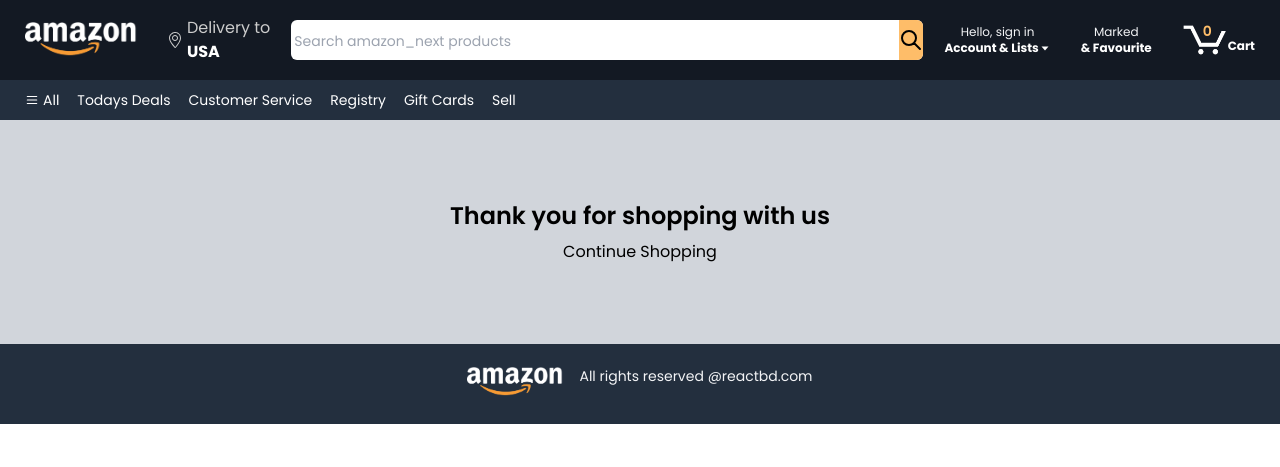
Repository: adebabs-tec/amazon_next
Page: /Success
These files come from the project's save history. The page is drawn as it stood at one moment and after the next save; the edit follows.
The browser window is 1280 px wide. The pictures show the whole page.
The page's requests for data from a server got no answer. The project was rebuilt for these pictures with package versions that can differ from the ones it lists, and the page was loaded fresh each time. The framework's server and built-in components were replaced by stand-ins that run in the browser. No one was signed in, and anything a server would have sent is missing. Also part of the build but not shown: next.config.js.

Above is the page before, as saved 2023-10-15 14:26:48.

After the next save:
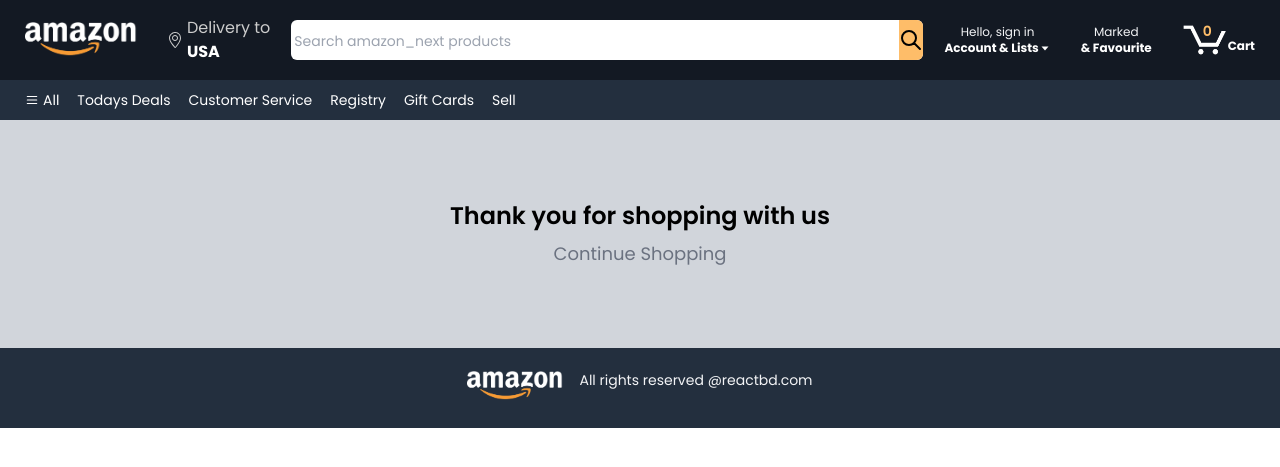
Saved 79 s later.
--- a/src/pages/Success.tsx
+++ b/src/pages/Success.tsx
@@ -11,7 +11,11 @@
       <h1 className="text-2xl font-semibold text-hoverBg">
         Thank you for shopping with us
       </h1>
-      <Link href={'/'} onClick={() => dispatch(resetCart())}>
+      <Link
+        className="text-lg text-gray-500 hover:text-gray-"
+        href={'/'}
+        onClick={() => dispatch(resetCart())}
+      >
         <p>Continue Shopping</p>
       </Link>
     </div>
